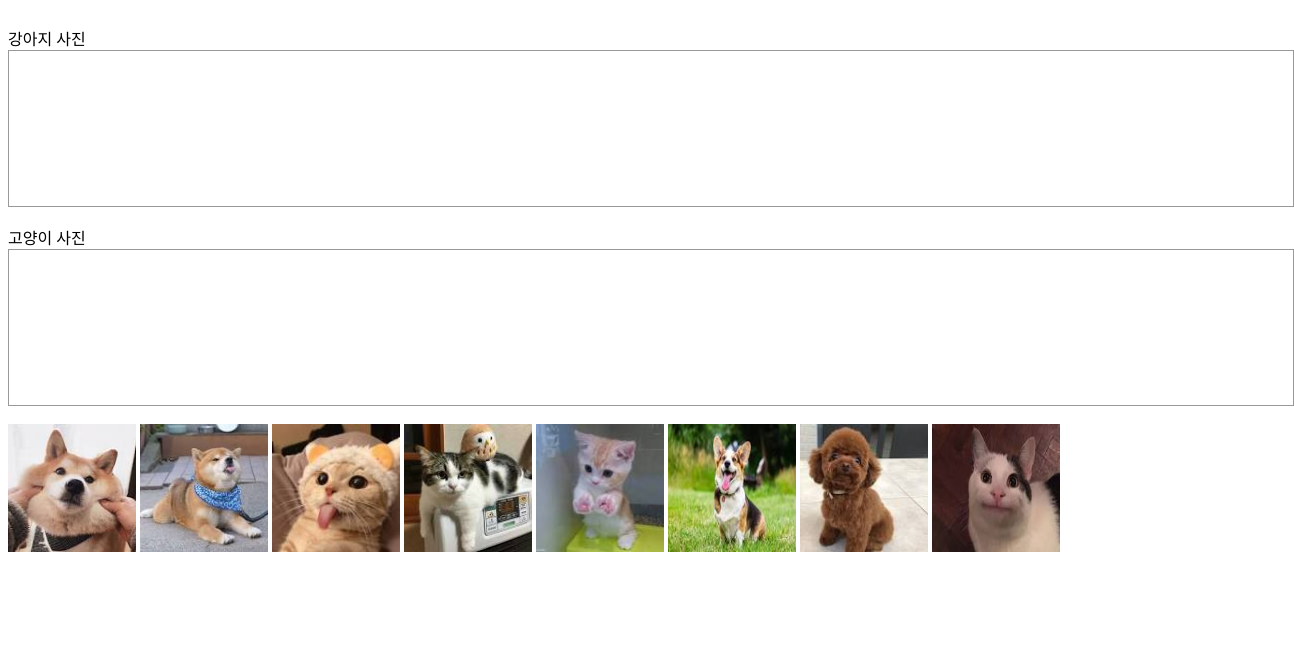
Repository: leetaehyeon123/SpringBaseSources
Page: http://localhost/DAD/
These files come from the project's save history. The page is drawn as it stood at one moment and after the next save; the edit follows.
The browser window is 1280 px wide. The page is 1294 px wide, so the pictures cover 1294 px, including what lies to the right of the window. The pictures show the whole page.
The page is served by Tomcat 9. Other server files are loaded and not shown.

Above is the page before, as saved 2020-06-28 02:19:03.

### 드래그앤드롭 소스코드/DragAndDrop/DAD/src/main/webapp/WEB-INF/views/main.jsp
<%@ page language="java" contentType="text/html; charset=UTF-8"
    pageEncoding="UTF-8"%>
<!DOCTYPE html>
<html>
<head>
<meta charset="UTF-8">
<title>Insert title here</title>
<!-- !!!!!!!!!!!!!!!!!!!!!!!!!!!!!!! ondragstart에서 ondragover로 이동한다. 이동할 아이는 draggable="true" 를 해줘야한다. -->
<style>
/* 드래그해 놓을 상자의 모양을 정합니다. 지금은 신경쓰지 않으셔도 됩니다. */
#div1,#div2 {width:100%;height:135px;padding:10px;border:1px solid #999;}
</style>
<script>
function allowDrop(ev) {
    ev.preventDefault();
}

function drag(ev) {
    ev.dataTransfer.setData("text", ev.target.id);
}

function drop(ev) {
    ev.preventDefault();
    var data = ev.dataTransfer.getData("text");
    ev.target.appendChild(document.getElementById(data));
    var div1Ch=document.getElementById("div1").childNodes;
    var div2Ch=document.getElementById("div2").childNodes;
    if(div1Ch[0].id.indexOf('dog')!=-1&&div1Ch[1].id.indexOf('dog')!=-1&&div1Ch[2].id.indexOf('dog')!=-1&&div1Ch[3].id.indexOf('dog')!=-1
    	    &&div2Ch[0].id.indexOf('cat')!=-1&&div2Ch[1].id.indexOf('cat')!=-1&&div2Ch[2].id.indexOf('cat')!=-1&&div2Ch[3].id.indexOf('cat')!=-1){
		location.href='page2';
        }
}
</script>
</head>
<body>
<br>강아지 사진
<div id="div1" ondrop="drop(event)" ondragover="allowDrop(event)"></div>
<br>고양이 사진
<div id="div2" ondrop="drop(event)" ondragover="allowDrop(event)"></div>
<br>
<div id="div3" ondrop="drop(event)" ondragover="allowDrop(event)">
<img id="dog2" src="resources/img/dog2.jpg" draggable="true" ondragstart="drag(event)" width="128" height="128">
<img id="dog1" src="resources/img/dog1.jpg" draggable="true" ondragstart="drag(event)" width="128" height="128">
<img id="cat3" src="resources/img/cat3.jpg" draggable="true" ondragstart="drag(event)" width="128" height="128">
<img id="cat4" src="resources/img/cat4.jpg" draggable="true" ondragstart="drag(event)" width="128" height="128">
<img id="cat2" src="resources/img/cat2.jpg" draggable="true" ondragstart="drag(event)" width="128" height="128">
<img id="dog3" src="resources/img/dog3.jpg" draggable="true" ondragstart="drag(event)" width="128" height="128">
<img id="dog4" src="resources/img/dog4.jpg" draggable="true" ondragstart="drag(event)" width="128" height="128">
<img id="cat1" src="resources/img/cat1.jpg" draggable="true" ondragstart="drag(event)" width="128" height="128">
</div>
</body>
</html>

After the next save:
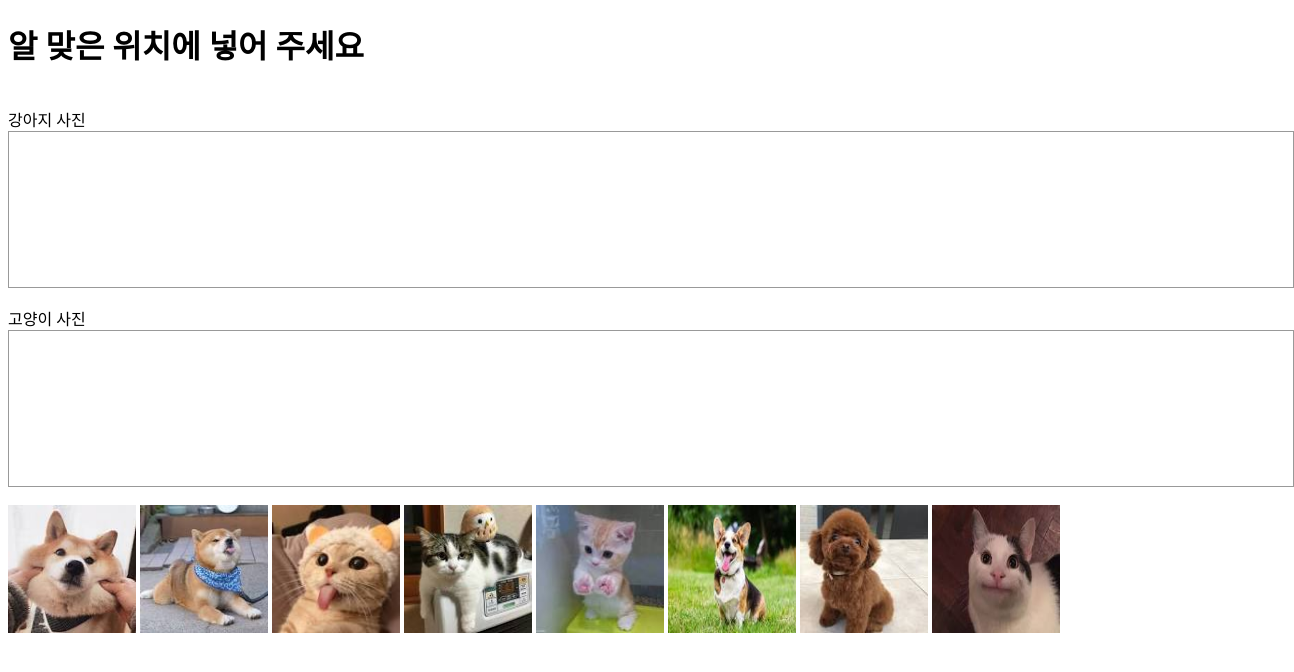
Saved 14 s later.
--- a/드래그앤드롭 소스코드/DragAndDrop/DAD/src/main/webapp/WEB-INF/views/main.jsp
+++ b/드래그앤드롭 소스코드/DragAndDrop/DAD/src/main/webapp/WEB-INF/views/main.jsp
@@ -33,6 +33,7 @@ function drop(ev) {
 </script>
 </head>
 <body>
+<h1>알 맞은 위치에 넣어 주세요</h1>
 <br>강아지 사진
 <div id="div1" ondrop="drop(event)" ondragover="allowDrop(event)"></div>
 <br>고양이 사진
